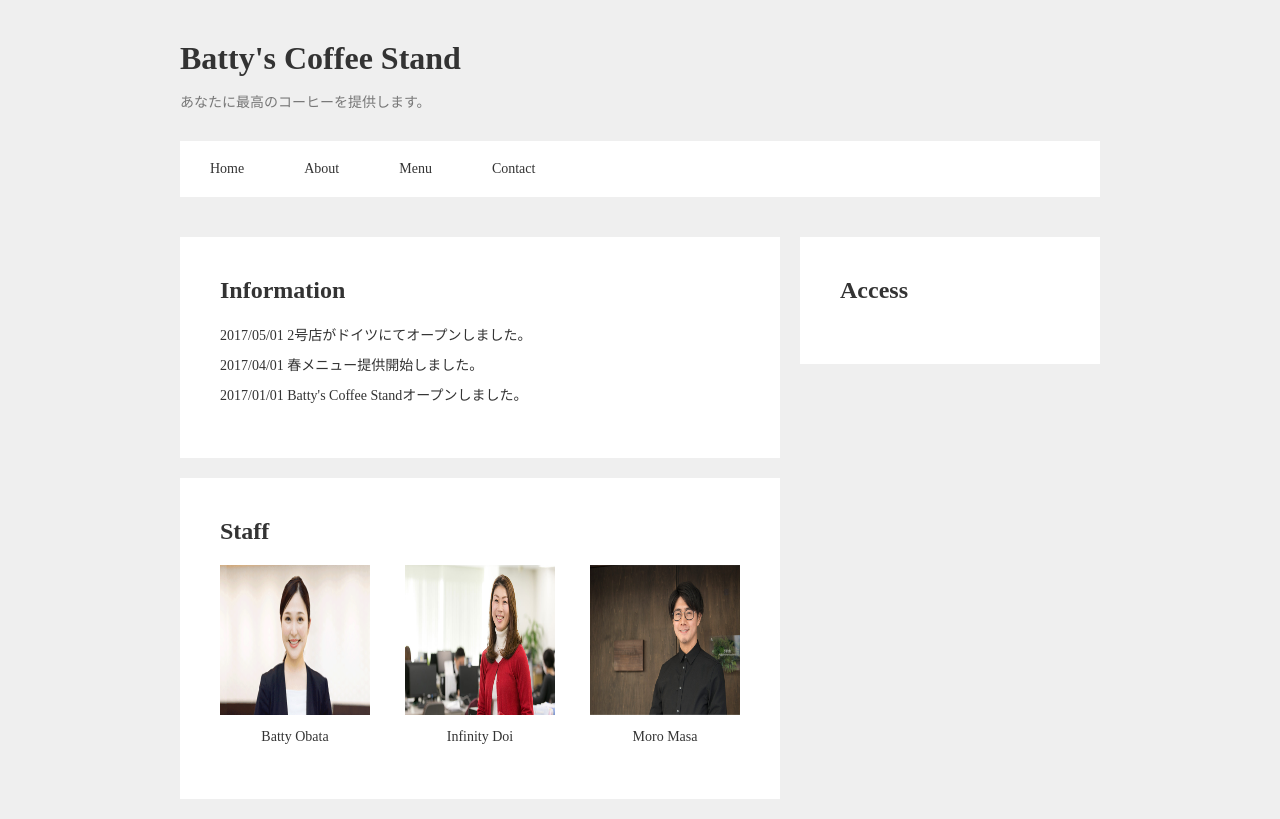
Repository: Sissy7-2/Tip-Memo
Page: html/batty_coffee_stand/index.html
The author's editor kept a record of every edit. The page is drawn from the files as they stood at one moment, then again after the next edit.
The browser window is 1280 px wide. The pictures show the whole page.

Above is the page before.

After the next edit:
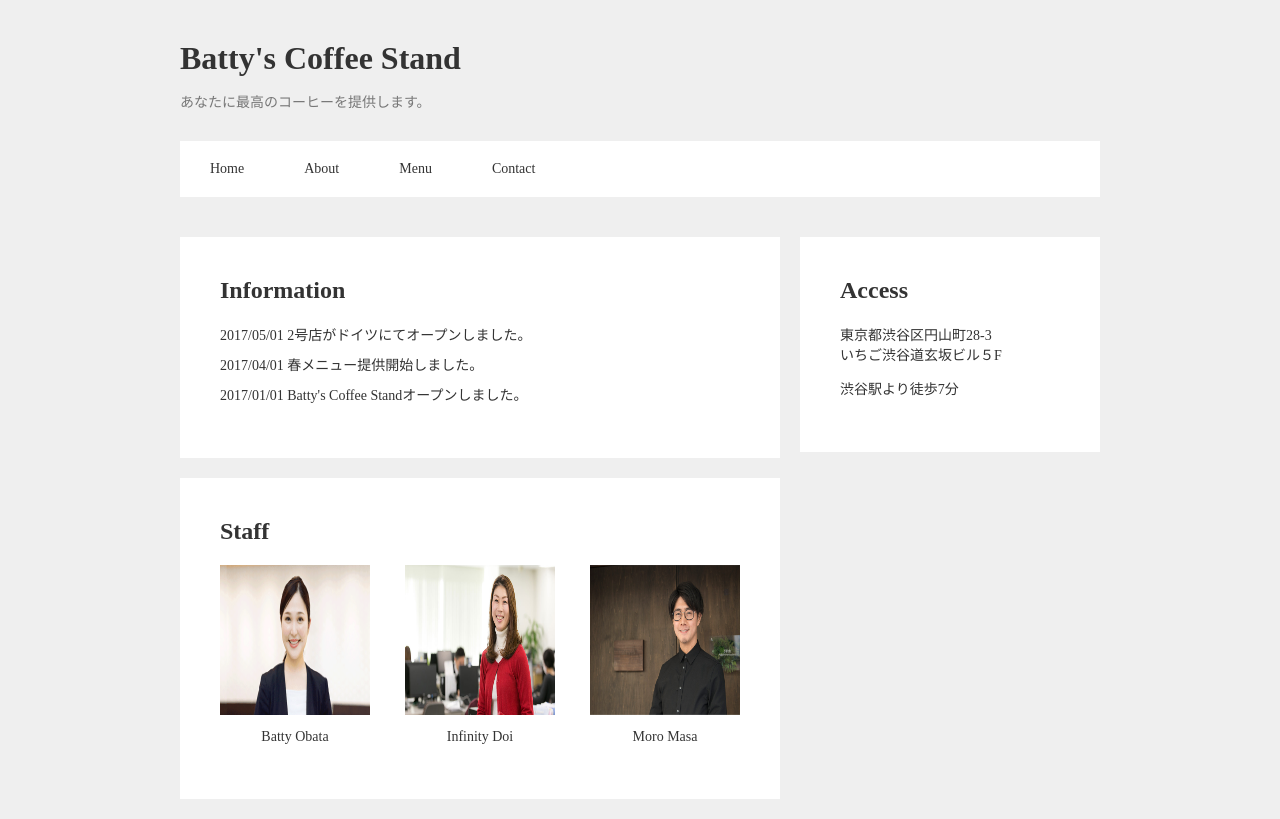
The edit:
--- a/html/batty_coffee_stand/index.html
+++ b/html/batty_coffee_stand/index.html
@@ -54,6 +54,8 @@
                         <div class="right-contents">
                         <div class="card-contents">
                             <h2 class="text-title">Access</h2>
+                            <p>東京都渋谷区円山町28-3<br>いちご渋谷道玄坂ビル５F</p>
+                            <p>渋谷駅より徒歩7分</p>
                         </div>
                         </div>
                         </div>
